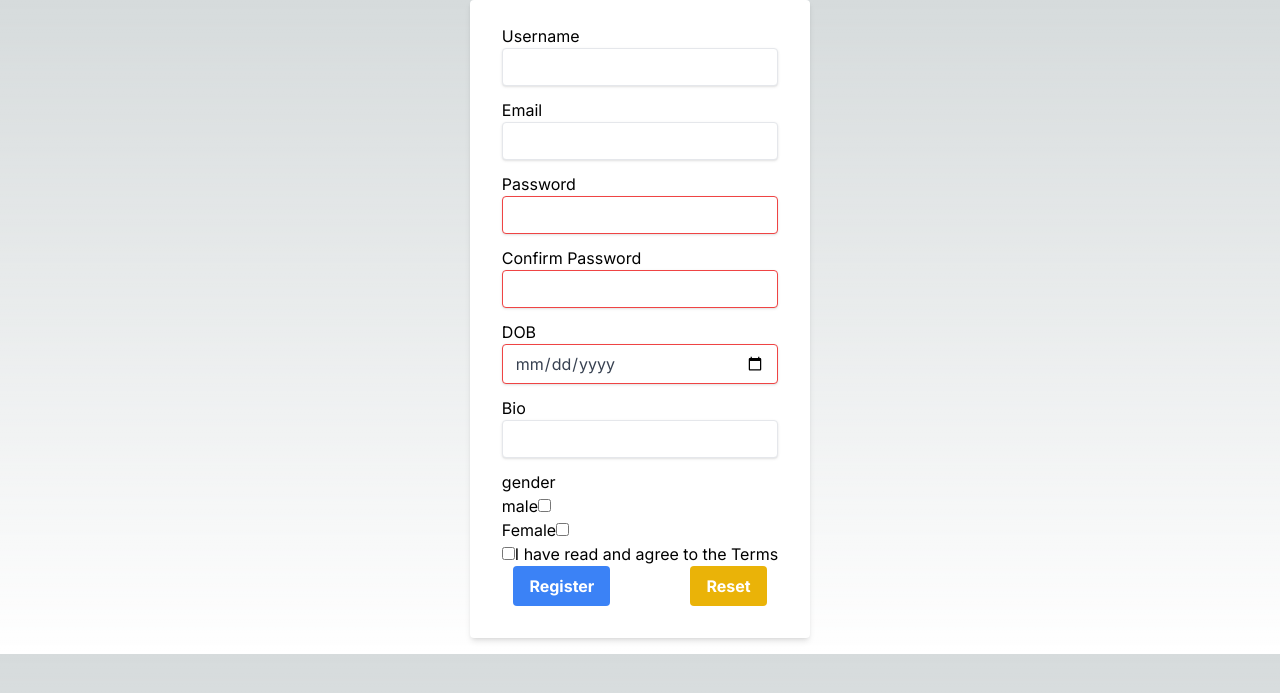
Repository: uh-sman/tiktok-card
Page: /
The author's editor kept a copy of each file at every save. The page is drawn from the files as they stood at one save, then again after the next save.
The browser window is 1280 px wide. The pictures show the whole page.
The project was rebuilt for these pictures with package versions that can differ from the ones it lists, and the page was loaded fresh each time. The framework's server and built-in components were replaced by stand-ins that run in the browser. Also part of the build but not shown: next.config.js.

Above is the page before, as saved 2023-12-19 14:23:03.

### app/page.tsx
'use client'
// import Input from "./components/Input";
import { FieldValues, SubmitHandler, useForm } from "react-hook-form";
import AuthForm from "./components/AuthForm";
type FormValues = {
  name: string,
      email: string,
      password: string,
      confirmPassword: string,
      DateOfBirth: string,
      Bio: string,
      gender: string,
      termsAndConditions: string
}

export default function Home() {
  return (
    <div>
      <AuthForm />
    </div>
  )
}



{/* <form class="max-w-sm mx-auto">
  <div class="mb-5">
    <label for="email" class="block mb-2 text-sm font-medium text-gray-900 dark:text-white">Your email</label>
    <input type="email" id="email" class="bg-gray-50 border border-gray-300 text-gray-900 text-sm rounded-lg focus:ring-blue-500 focus:border-blue-500 block w-full p-2.5 dark:bg-gray-700 dark:border-gray-600 dark:placeholder-gray-400 dark:text-white dark:focus:ring-blue-500 dark:focus:border-blue-500" placeholder="name@flowbite.com" required>
  </div>
  <div class="mb-5">
    <label for="password" class="block mb-2 text-sm font-medium text-gray-900 dark:text-white">Your password</label>
    <input type="password" id="password" class="bg-gray-50 border border-gray-300 text-gray-900 text-sm rounded-lg focus:ring-blue-500 focus:border-blue-500 block w-full p-2.5 dark:bg-gray-700 dark:border-gray-600 dark:placeholder-gray-400 dark:text-white dark:focus:ring-blue-500 dark:focus:border-blue-500" required>
  </div>
  <div class="flex items-start mb-5">
    <div class="flex items-center h-5">
      <input id="remember" type="checkbox" value="" class="w-4 h-4 border border-gray-300 rounded bg-gray-50 focus:ring-3 focus:ring-blue-300 dark:bg-gray-700 dark:border-gray-600 dark:focus:ring-blue-600 dark:ring-offset-gray-800 dark:focus:ring-offset-gray-800" required>
    </div>
    <label for="remember" class="ms-2 text-sm font-medium text-gray-900 dark:text-gray-300">Remember me</label>
  </div>
  <button type="submit" class="text-white bg-blue-700 hover:bg-blue-800 focus:ring-4 focus:outline-none focus:ring-blue-300 font-medium rounded-lg text-sm w-full sm:w-auto px-5 py-2.5 text-center dark:bg-blue-600 dark:hover:bg-blue-700 dark:focus:ring-blue-800">Submit</button>
</form> */}

### app/components/AuthForm.tsx
import React from "react";
import { useForm } from "react-hook-form";
// the type of data
type UserSubmitForm = {
    username: string;
    email: string;
    password: string;
    confirmPassword: string;
    acceptTerms: boolean;
    male:boolean;
    female:boolean;
    Bio:string;
    DateOfBirth: number
  };
const AuthForm: React.FC = () => {
    // using the useForm hook from the react-hook-form package
    const {register,handleSubmit, reset} = useForm<UserSubmitForm>()
    // the onSubmit handler
    const onSubmit = (data: UserSubmitForm) => {
        console.log(data)
    }
    return (
        <div className="flex justify-center">
            <div className="flex justify-center w-full max-w-xl">
        <form className="bg-white shadow-md rounded px-8 pt-6 pb-8 mb-4" onSubmit={handleSubmit(onSubmit)}>
          <div className="flex flex-col">
            <label>Username</label>
            <input
            className="shadow appearance-none border rounded w-full py-2 px-3 text-gray-700 mb-3 leading-tight focus:outline-none focus:shadow-outline"
              type="text"
            //   using the hook to handle form state
            {...register('username')}
            />
            <div className="invalid-feedback">
                </div>
          </div>

          <div className="flex flex-col">
            <label>Email</label>
            <input
            className="shadow appearance-none border rounded w-full py-2 px-3 text-gray-700 mb-3 leading-tight focus:outline-none focus:shadow-outline"
            type="text"
            {...register('email')}
            />
            <div className="invalid-feedback">
                </div>
          </div>

          <div className="flex flex-col">
            <label>Password</label>
            <input
            className="shadow appearance-none border border-red-500 rounded w-full py-2 px-3 text-gray-700 mb-3 leading-tight focus:outline-none focus:shadow-outline"
            type="password"
            {...register('password')}
            />
            <div className="invalid-feedback">
                </div>
          </div>
          <div className="flex flex-col">
            <label>Confirm Password</label>
            <input
            className="shadow appearance-none border border-red-500 rounded w-full py-2 px-3 text-gray-700 mb-3 leading-tight focus:outline-none focus:shadow-outline"
              type="password"
              {...register('confirmPassword')}
            />
            <div className="invalid-feedback">
            </div>
          </div>
          <div className="flex flex-col">
            <label>DOB</label>
            <input
            className="shadow appearance-none border border-red-500 rounded w-full py-2 px-3 text-gray-700 mb-3 leading-tight focus:outline-none focus:shadow-outline"
              type="date"
              {...register('DateOfBirth')}
            />
            <div className="invalid-feedback">
            </div>
          </div>
          <div className="flex flex-col">
            <label>Bio</label>
            <input
            className="shadow appearance-none border rounded w-full py-2 px-3 text-gray-700 mb-3 leading-tight focus:outline-none focus:shadow-outline"
            type="text"
            {...register('Bio')}
            />
            <div className="invalid-feedback">
            </div>
          </div>

          <div className="">
          <label htmlFor="gender" className="font-md">
              gender
            </label>
            <div className="">
                <label htmlFor="Male">male</label>
            <input
              type="checkbox"
              {...register('male')}
              />

            </div>
            <div className="">
                <label htmlFor="Female">Female</label>
            <input
              type="checkbox"
              {...register('female')}
              />
            </div>
            <div className="invalid-feedback">
                </div>
          </div>
          <div className="">
            <input
              type="checkbox"
              {...register('acceptTerms')}
              />
            <label htmlFor="acceptTerms" className="form-check-label">
              I have read and agree to the Terms
            </label>
            <div className="invalid-feedback">
                </div>
          </div>

          <div className="flex justify-center gap-20">
            <button type="submit" className="bg-blue-500 hover:bg-blue-700 text-white font-bold py-2 px-4 rounded focus:outline-none focus:shadow-outline">
              Register
            </button>
            <button
              type="button"
              onClick={() => reset()}
              className="bg-yellow-500 hover:bg-yellow-700 text-white font-bold py-2 px-4 rounded focus:outline-none focus:shadow-outline"
              >
              Reset
            </button>
          </div>
        </form>
        </div>
      </div>
    )
}

export default AuthForm;

Loaded but not shown: app/layout.tsx (common file); app/globals.css (common file); tailwind.config.ts (common file)

After the next save:
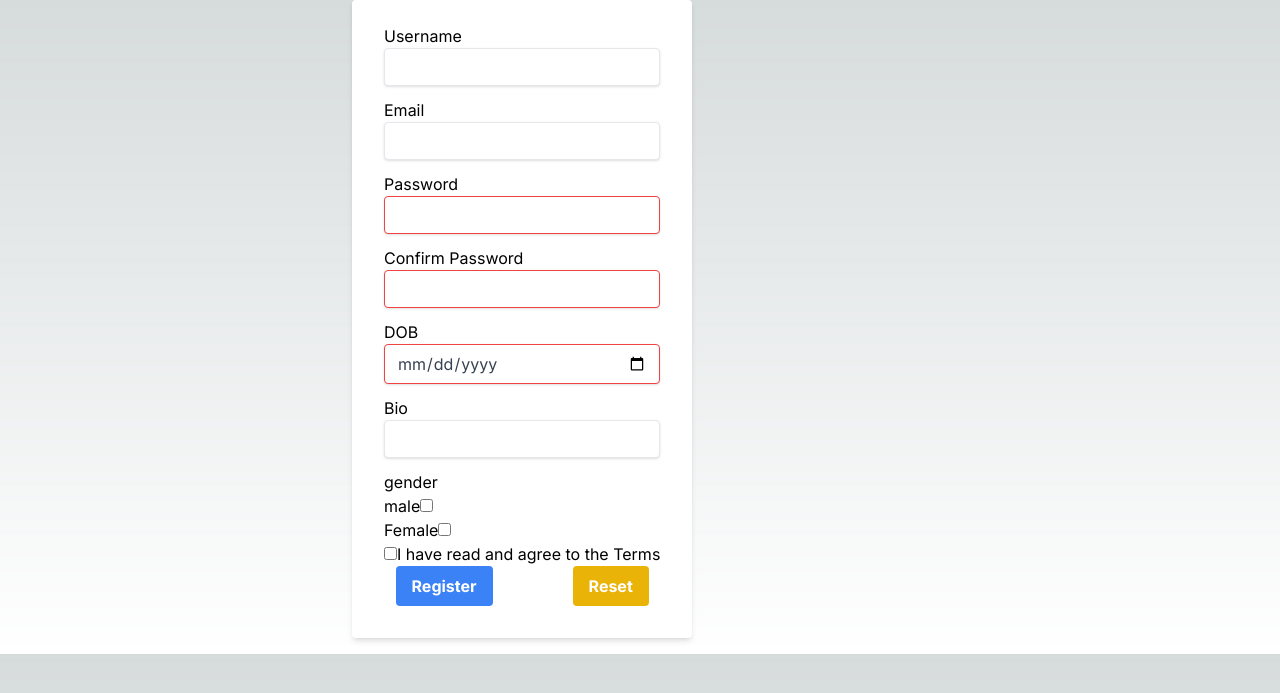
Saved 14 s later.
--- a/app/components/AuthForm.tsx
+++ b/app/components/AuthForm.tsx
@@ -21,7 +21,7 @@
     }
     return (
         <div className="flex justify-center">
-            <div className="flex justify-center w-full max-w-xl">
+            <div className="flex items-center w-full max-w-xl">
         <form className="bg-white shadow-md rounded px-8 pt-6 pb-8 mb-4" onSubmit={handleSubmit(onSubmit)}>
           <div className="flex flex-col">
             <label>Username</label>

After the save that followed:
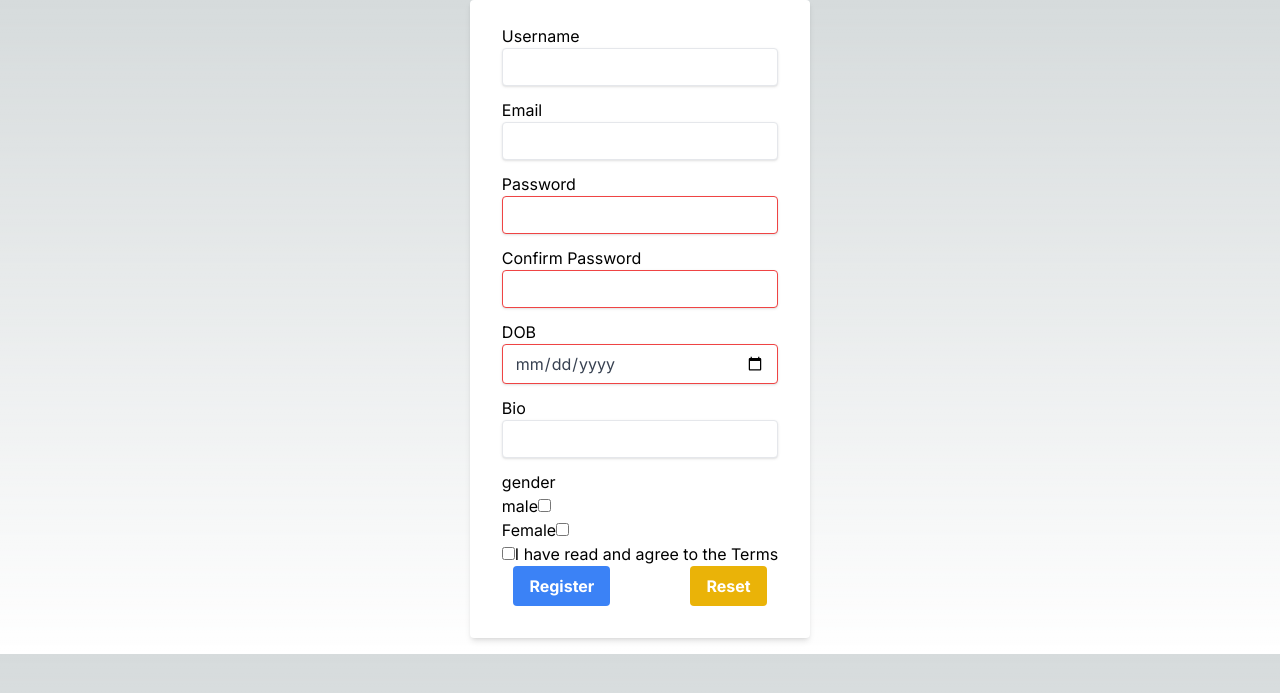
Saved 18 s later.
--- a/app/components/AuthForm.tsx
+++ b/app/components/AuthForm.tsx
@@ -21,7 +21,7 @@
     }
     return (
         <div className="flex justify-center">
-            <div className="flex items-center w-full max-w-xl">
+            <div className="flex justify-center w-full max-w-xl">
         <form className="bg-white shadow-md rounded px-8 pt-6 pb-8 mb-4" onSubmit={handleSubmit(onSubmit)}>
           <div className="flex flex-col">
             <label>Username</label>
